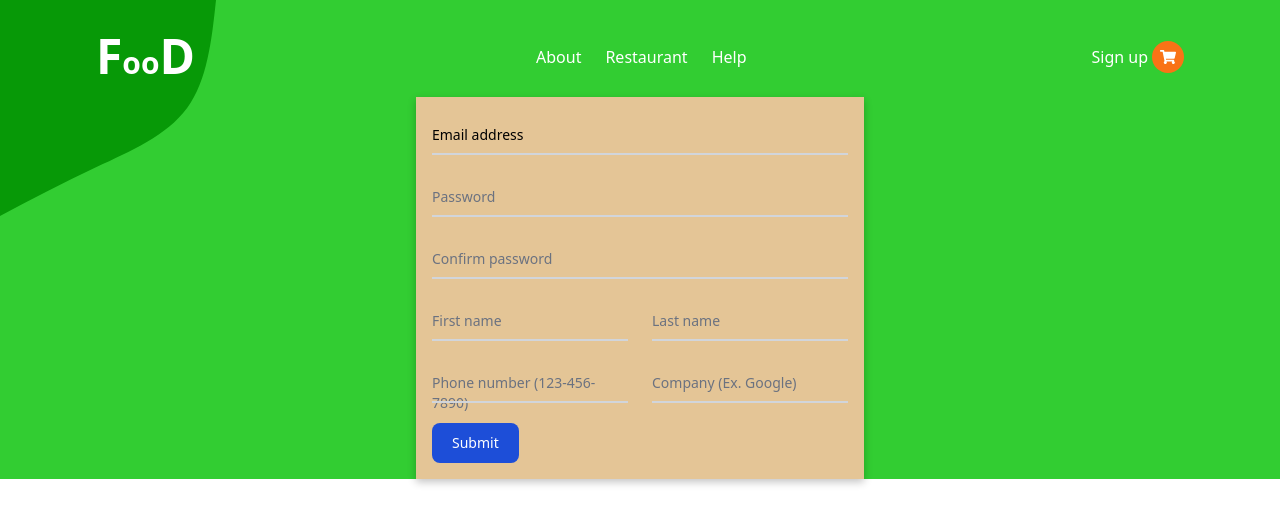
Repository: KhushiCode14/FoodWeb
Page: /signUp (app in frontend/)
The author's editor kept a copy of each file at every save. The page is drawn from the files as they stood at one save, then again after the next save.
The browser window is 1280 px wide. The pictures show the whole page.
The project was rebuilt for these pictures with package versions that can differ from the ones it lists, and the page was loaded fresh each time. Also part of the build but not shown: frontend/src/Pages/Home.tsx, frontend/src/components/Home/SignIn.tsx, frontend/src/components/Home/Cart.tsx.

Above is the page before, as saved 2024-09-20 21:18:12.

### frontend/src/index.css
@tailwind base;
@tailwind components;
@tailwind utilities;

.bgBack{
  background-image: url(../src/components/images/background.svg);
}
.bgSignUp{
  background-image:url(../src/components/images/signUpBg.jpeg);
}
.SignUpShadow{
  box-shadow: rgba(0, 0, 0, 0.24) 0px 3px 8px;
}

### frontend/src/App.tsx
import { Route, BrowserRouter as Router, Routes, } from 'react-router-dom';
import './App.css';
import Navbar from './Pages/Navbar';
import Home from './Pages/Home';
import SignUp from './components/Home/SignUp';
import SignIn from './components/Home/SignIn';
import Cart from './components/Home/Cart';

function App() {
  return (
    <div className="App bgBack m-0 px-20 pt-2 max-sm:px-3 max-sm:pt-1">
      <Router>
        <Navbar />
        <Routes>
          <Route path="/" element={<Home />} />
          <Route path="/signUp" element={<SignUp />} />
          {/* Sign Up: This action is for new users who want to create an account. */}
          <Route path="/signIn" element={<SignIn />} />
          {/* Sign In: This action is for users who already have an account */}
          <Route path="/cart" element={<Cart />} />
          {/* <Route  path="/about" element={About} />
        <Route  path="/contact" element={Contact} /> */}
        </Routes>
      </Router>

    </div>
  );
}

export default App;

### frontend/src/Pages/Navbar.tsx
import { NavLink, Link } from "react-router-dom";
import { FaShoppingCart, FaCartPlus } from "react-icons/fa";
import { useState } from "react";
import { IoReorderThreeOutline } from "react-icons/io5";

interface Nav {
  to: string;
  linkName: string;
}

const Navbar: React.FC = () => {
  const [sign, setSign] = useState<string>('Sign up');
  const [menu, setMenu] = useState<boolean>(false);
  const [cart, setCart] = useState<JSX.Element>(<FaShoppingCart />);

  const navLinks: Nav[] = [
    { to: "/about", linkName: "About" },
    { to: "/", linkName: "Restaurant" },
    { to: "/help", linkName: "Help" },
  ];

  const handleSignToggle = () => {
    setSign((prev) => (prev === 'Sign up' ? 'Sign in' : 'Sign up'));
  };

  const handleCartToggle = () => {
    setCart((prevCart) =>
      prevCart.type === FaShoppingCart ? <FaCartPlus /> : <FaShoppingCart />
    );
  };

  return (
    <div className="mt-2 flex justify-between items-center text-white  p-4">
      <div className="font-bold text-3xl">
        <Link to="/">
          <span className="text-5xl">F</span>oo<span className="text-5xl">D</span>
        </Link>
      </div>

      {/* Desktop Menu */}
      <div className="hidden md:flex">
        {navLinks.map((link, index) => (
          <Link key={index} to={link.to} className="mx-3 hover:text-gray-400">
            {link.linkName}
          </Link>
        ))}
      </div>

      {/* Mobile Menu Button */}
      <div className="flex items-center relative">
        <button className="hidden md:block">
          <NavLink to="/signUp" onClick={handleSignToggle} className="m-1">
            {sign}
          </NavLink>
        </button>

        <div onClick={handleCartToggle} className="bg-orange-500 p-2 rounded-full cursor-pointer">
         <Link to="/cart"> {cart}</Link>
        </div>

        <div className="md:hidden flex items-center ml-3">
          <IoReorderThreeOutline onClick={() => setMenu(!menu)} className="text-2xl cursor-pointer" />
        </div>
      </div>

      {/* Mobile Dropdown Menu */}
      {menu && (
        <div className="md:hidden mt-2 absolute right-0 w-40 bg-orange-500  p-2 rounded-lg z-10 top-20">
          <ul className="flex flex-col">
            {navLinks.map((link, index) => (
              <li key={index} className="my-1">
                <Link to={link.to} className="block px-4 py-2 text-white text-1xl  hover:bg-orange-800 rounded">
                  {link.linkName}
                </Link>
              </li>
            ))}
          </ul>
        </div>
      )}
    </div>
  );
};

export default Navbar;

### frontend/src/components/Home/SignUp.tsx
import axios from 'axios';
import React, { useState } from 'react';

const FormComponent: React.FC = () => {
  const [formData, setFormData] = useState({
    email: '',
    password: '',
    repeatPassword: '',
    firstName: '',
    lastName: '',
    phone: '',
    company: ''
  });

  const handleChange = (e: React.ChangeEvent<HTMLInputElement>) => {
    setFormData({ ...formData, [e.target.name]: e.target.value });
  };

  const handleSubmit = (e: React.FormEvent) => {
    e.preventDefault();
    if (!formData.firstName || !formData.email || !formData.password || formData.lastName) {
      console.error("All fields are required!");
      return;
    }
    axios.post("http://localhost:5001/register", formData)
      .then(result => {
        console.log("Registration successful:", result.data);
      })
      .catch(err => {
        console.error("Registration error:", err.response.data);
      });
  };


  return (
    <form className="max-w-md mx-auto bg-[#e4c596] p-4 SignUpShadow" onSubmit={handleSubmit} >
      <div className="relative z-0 w-full mb-5 group ">
        <input
          type="email"
          name="email"
          id="floating_email"
          className="block py-2.5 px-0 w-full text-sm text-black bg-transparent border-0 border-b-2 border-gray-300 appearance-none dark:text-white dark:border-gray-600 dark:focus:border-blue-500 focus:outline-none focus:ring-0 focus:border-blue-600 peer"
          placeholder=" "
          value={formData.email}
          onChange={handleChange}
          required
        />
        <label
          htmlFor="floating_email"
          className="peer-focus:font-medium absolute text-sm text-black  dark:text-gray-900 duration-300 transform -translate-y-6 scale-75 top-3 -z-10 origin-[0] peer-focus:start-0 rtl:peer-focus:translate-x-1/4 peer-focus:text-blue-600 peer-focus:dark:text-blue-500 peer-placeholder-shown:scale-100 peer-placeholder-shown:translate-y-0 peer-focus:scale-75 peer-focus:-translate-y-6"
        >
          Email address
        </label>
      </div>

      <div className="relative z-0 w-full mb-5 group">
        <input
          type="password"
          name="password"

          id="floating_password"
          className="block py-2.5 px-0 w-full text-sm text-gray-900 bg-transparent border-0 border-b-2 border-gray-300 appearance-none dark:text-gray-900  dark:border-gray-600 dark:focus:border-blue-500 focus:outline-none focus:ring-0 focus:border-blue-600 peer"
          placeholder=" "
          value={formData.password}
          onChange={handleChange}
          required
        />
        <label
          htmlFor="floating_password"
          className="peer-focus:font-medium absolute text-sm text-gray-500 dark:text-gray-900 duration-300 transform -translate-y-6 scale-75 top-3 -z-10 origin-[0] peer-focus:start-0 rtl:peer-focus:translate-x-1/4 peer-focus:text-blue-600 peer-focus:dark:text-blue-500 peer-placeholder-shown:scale-100 peer-placeholder-shown:translate-y-0 peer-focus:scale-75 peer-focus:-translate-y-6"
        >
          Password
        </label>
      </div>

      <div className="relative z-0 w-full mb-5 group">
        <input
          type="password"
          name="repeatPassword"
          id="floating_repeat_password"
          className="block py-2.5 px-0 w-full text-sm text-gray-900 bg-transparent border-0 border-b-2 border-gray-300 appearance-none dark:text-gray-900  dark:border-gray-600 dark:focus:border-blue-500 focus:outline-none focus:ring-0 focus:border-blue-600 peer"
          placeholder=" "
          value={formData.repeatPassword}
          onChange={handleChange}
          required
        />
        <label
          htmlFor="floating_repeat_password"
          className="peer-focus:font-medium absolute text-sm text-gray-500 dark:text-gray-900  duration-300 transform -translate-y-6 scale-75 top-3 -z-10 origin-[0] peer-focus:start-0 rtl:peer-focus:translate-x-1/4 peer-focus:text-blue-600 peer-focus:dark:text-blue-500 peer-placeholder-shown:scale-100 peer-placeholder-shown:translate-y-0 peer-focus:scale-75 peer-focus:-translate-y-6"
        >
          Confirm password
        </label>
      </div>

      <div className="grid md:grid-cols-2 md:gap-6">
        <div className="relative z-0 w-full mb-5 group">
          <input
            type="text"
            name="firstName"
            id="floating_first_name"
            className="block py-2.5 px-0 w-full text-sm text-gray-900 bg-transparent border-0 border-b-2 border-gray-300 appearance-none dark:text-gray-900  dark:border-gray-600 dark:focus:border-blue-500 focus:outline-none focus:ring-0 focus:border-blue-600 peer"
            placeholder=" "
            value={formData.firstName}
            onChange={handleChange}
            required
          />
          <label
            htmlFor="floating_first_name"
            className="peer-focus:font-medium absolute text-sm text-gray-500 dark:text-gray-900 duration-300 transform -translate-y-6 scale-75 top-3 -z-10 origin-[0] peer-focus:start-0 rtl:peer-focus:translate-x-1/4 peer-focus:text-blue-600 peer-focus:dark:text-blue-500 peer-placeholder-shown:scale-100 peer-placeholder-shown:translate-y-0 peer-focus:scale-75 peer-focus:-translate-y-6"
          >
            First name
          </label>
        </div>

        <div className="relative z-0 w-full mb-5 group">
          <input
            type="text"
            name="lastName"
            id="floating_last_name"
            className="block py-2.5 px-0 w-full text-sm text-gray-900 bg-transparent border-0 border-b-2 border-gray-300 appearance-none dark:text-gray-900  dark:border-gray-600 dark:focus:border-blue-500 focus:outline-none focus:ring-0 focus:border-blue-600 peer"
            placeholder=" "
            value={formData.lastName}
            onChange={handleChange}
            required
          />
          <label
            htmlFor="floating_last_name"
            className="peer-focus:font-medium absolute text-sm text-gray-500 dark:text-gray-900 duration-300 transform -translate-y-6 scale-75 top-3 -z-10 origin-[0] peer-focus:start-0 rtl:peer-focus:translate-x-1/4 peer-focus:text-blue-600 peer-focus:dark:text-blue-500 peer-placeholder-shown:scale-100 peer-placeholder-shown:translate-y-0 peer-focus:scale-75 peer-focus:-translate-y-6"
          >
            Last name
          </label>
        </div>
      </div>

      <div className="grid md:grid-cols-2 md:gap-6">
        <div className="relative z-0 w-full mb-5 group">
          <input
            type="tel"
            pattern="[0-9]{3}-[0-9]{3}-[0-9]{4}"
            name="phone"
            id="floating_phone"
            className="block py-2.5 px-0 w-full text-sm text-gray-900 bg-transparent border-0 border-b-2 border-gray-300 appearance-none dark:text-white dark:border-gray-600 dark:focus:border-blue-500 focus:outline-none focus:ring-0 focus:border-blue-600 peer"
            placeholder=" "
            value={formData.phone}
            onChange={handleChange}
            required
          />
          <label
            htmlFor="floating_phone"
            className="peer-focus:font-medium absolute text-sm text-gray-500 dark:text-gray-900  duration-300 transform -translate-y-6 scale-75 top-3 -z-10 origin-[0] peer-focus:start-0 rtl:peer-focus:translate-x-1/4 peer-focus:text-blue-600 peer-focus:dark:text-blue-500 peer-placeholder-shown:scale-100 peer-placeholder-shown:translate-y-0 peer-focus:scale-75 peer-focus:-translate-y-6"
          >
            Phone number (123-456-7890)
          </label>
        </div>

        <div className="relative z-0 w-full mb-5 group">
          <input
            type="text"
            name="company"
            id="floating_company"
            className="block py-2.5 px-0 w-full text-sm text-gray-900 bg-transparent border-0 border-b-2 border-gray-300 appearance-none dark:text-gray-900  dark:border-gray-600 dark:focus:border-blue-500 focus:outline-none focus:ring-0 focus:border-blue-600 peer"
            placeholder=" "
            value={formData.company}
            onChange={handleChange}
            required
          />
          <label
            htmlFor="floating_company"
            className="peer-focus:font-medium absolute text-sm text-gray-500 dark:text-gray-900 duration-300 transform -translate-y-6 scale-75 top-3 -z-10 origin-[0] peer-focus:start-0 rtl:peer-focus:translate-x-1/4 peer-focus:text-blue-600 peer-focus:dark:text-blue-500 peer-placeholder-shown:scale-100 peer-placeholder-shown:translate-y-0 peer-focus:scale-75 peer-focus:-translate-y-6"
          >
            Company (Ex. Google)
          </label>
        </div>
      </div>

      <button
        type="submit"
        className="text-white bg-blue-700 hover:bg-blue-800 focus:ring-4 focus:outline-none focus:ring-blue-300 font-medium rounded-lg text-sm w-full sm:w-auto px-5 py-2.5 text-center dark:bg-blue-600 dark:hover:bg-blue-700 dark:focus:ring-blue-800"
      >
        Submit
      </button>
    </form>
  );
};

export default FormComponent;

### frontend/tailwind.config.js
/** @type {import('tailwindcss').Config} */
module.exports = {
  content: [
    "./src/**/*.{js,jsx,ts,tsx}",
  ],
  theme: {
    extend: {
      fontFamily: {
        'cursive': ['Pacifico', 'cursive']
      }
    },
  },
  plugins: [],
}

Loaded but not shown: frontend/public/index.html (common file); frontend/src/index.tsx (common file); frontend/src/reportWebVitals.ts (common file); frontend/src/App.css (no stored copy; drawn as an empty file)

After the next save:
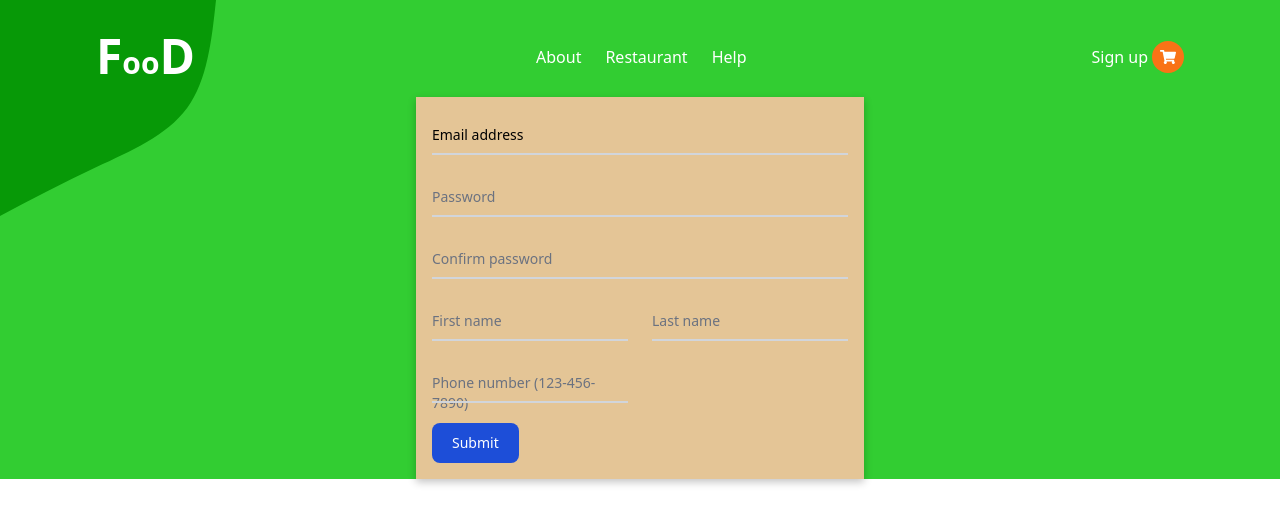
Saved 18 s later.
--- a/frontend/src/components/Home/SignUp.tsx
+++ b/frontend/src/components/Home/SignUp.tsx
@@ -153,24 +153,7 @@ const FormComponent: React.FC = () => {
           </label>
         </div>
 
-        <div className="relative z-0 w-full mb-5 group">
-          <input
-            type="text"
-            name="company"
-            id="floating_company"
-            className="block py-2.5 px-0 w-full text-sm text-gray-900 bg-transparent border-0 border-b-2 border-gray-300 appearance-none dark:text-gray-900  dark:border-gray-600 dark:focus:border-blue-500 focus:outline-none focus:ring-0 focus:border-blue-600 peer"
-            placeholder=" "
-            value={formData.company}
-            onChange={handleChange}
-            required
-          />
-          <label
-            htmlFor="floating_company"
-            className="peer-focus:font-medium absolute text-sm text-gray-500 dark:text-gray-900 duration-300 transform -translate-y-6 scale-75 top-3 -z-10 origin-[0] peer-focus:start-0 rtl:peer-focus:translate-x-1/4 peer-focus:text-blue-600 peer-focus:dark:text-blue-500 peer-placeholder-shown:scale-100 peer-placeholder-shown:translate-y-0 peer-focus:scale-75 peer-focus:-translate-y-6"
-          >
-            Company (Ex. Google)
-          </label>
-        </div>
+
       </div>
 
       <button
